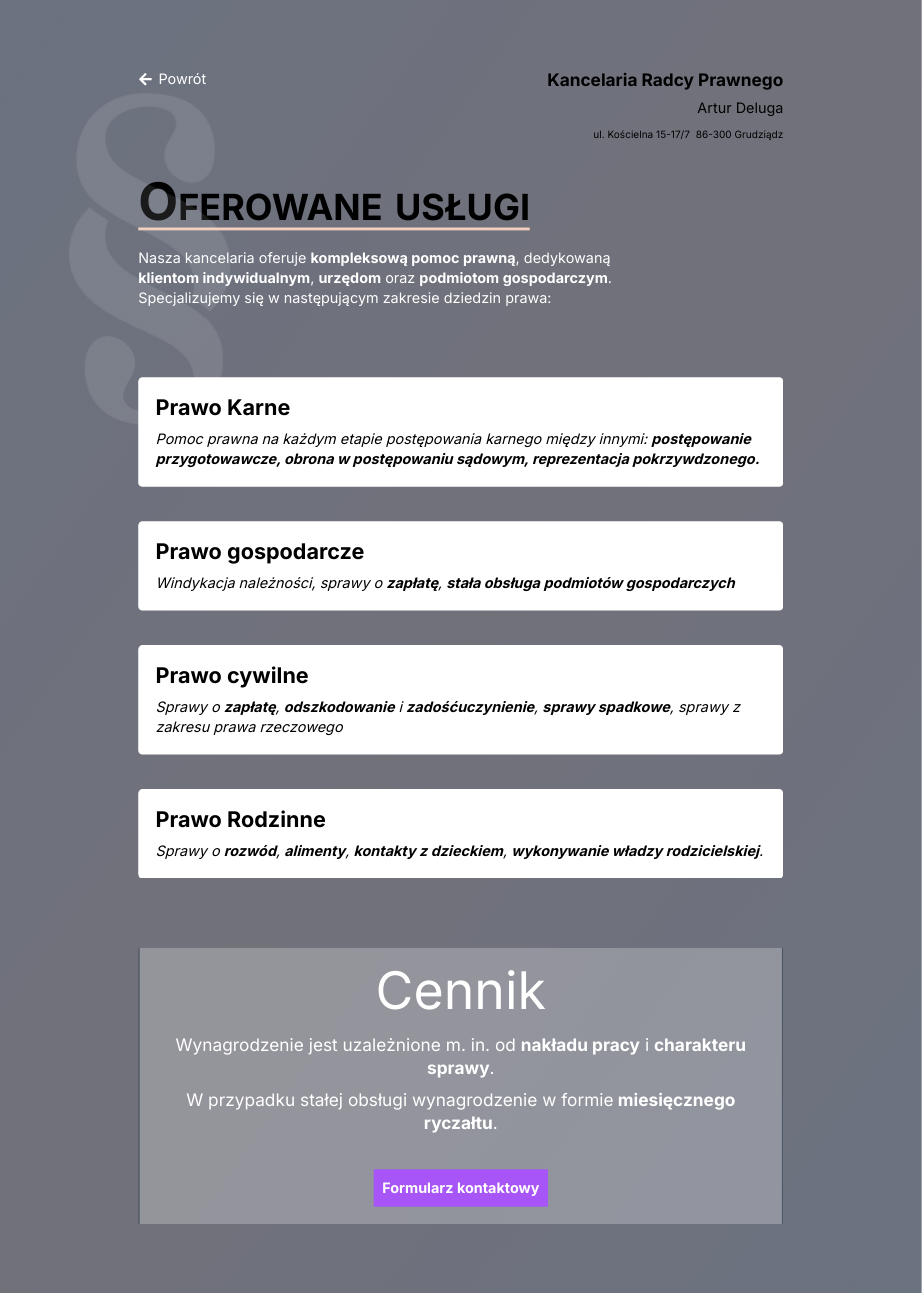
Repository: wesiudev/kancelaria-artur-deluga
Page: /oferta
An editor plug-in stored every save of this project. The page is shown before and after the next save, followed by the edit.
The browser window is 1280 px wide. The pictures show the whole page, at 72% of full size.
The project was rebuilt for these pictures with package versions that can differ from the ones it lists, and the page was loaded fresh each time. The framework's server and built-in components were replaced by stand-ins that run in the browser. Also part of the build but not shown: next.config.js.

Above is the page before, as saved 2023-08-09 16:49:30.

After the next save:
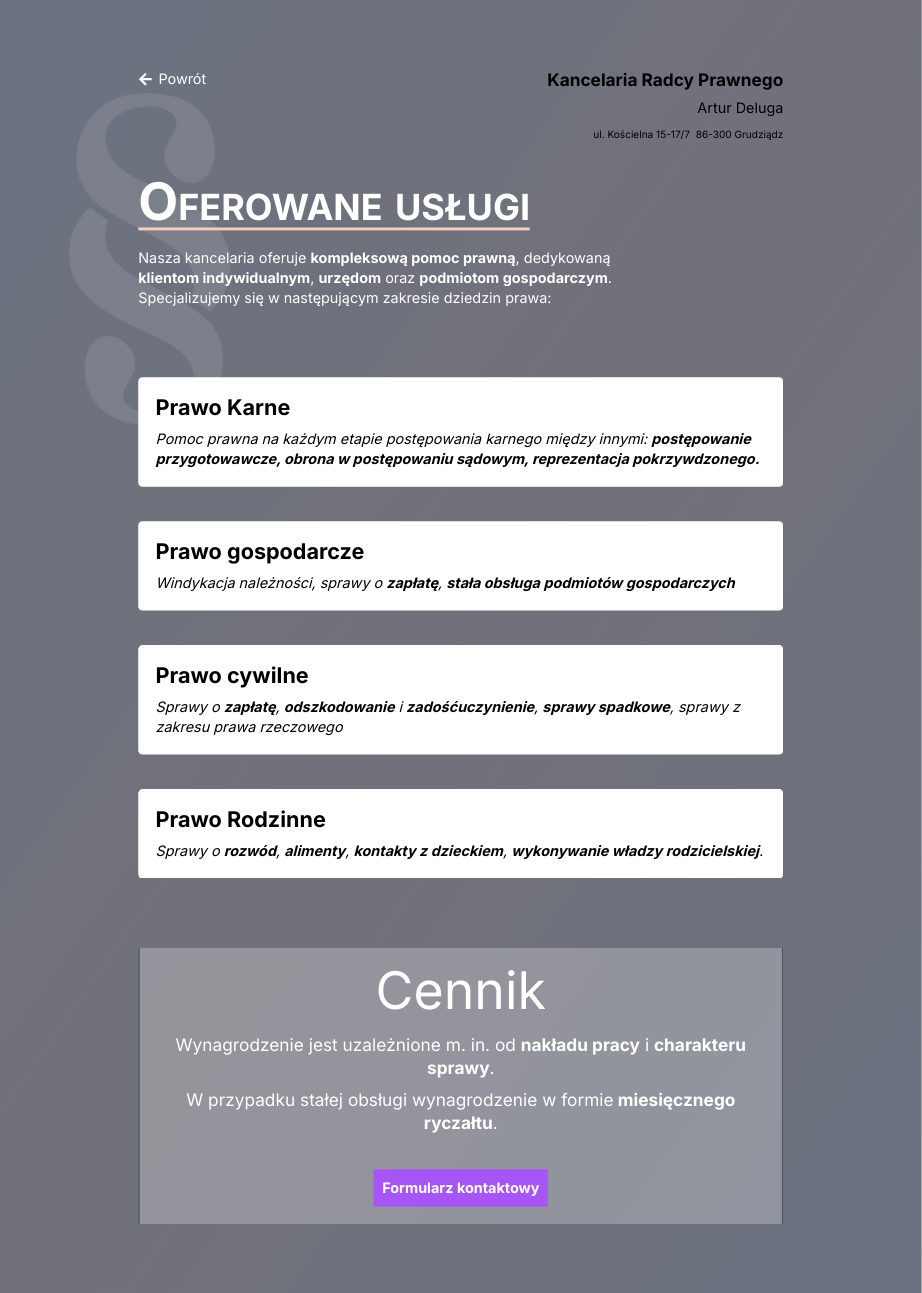
Saved 41 s later.
--- a/app/oferta/page.tsx
+++ b/app/oferta/page.tsx
@@ -72,7 +72,7 @@ export default function OfferMobile() {
 
             <div className=" rounded-2xl  text-white">
               <div className="w-max">
-                <h1 className="w-max text-4xl md:text-5xl lg:text-7xl text-black caps font-bold">
+                <h1 className="w-max text-4xl md:text-5xl lg:text-7xl text-white caps font-bold">
                   Oferowane usługi
                 </h1>
                 <div className="h-1 w-full mb-6 bg-rose-200 hue-rotate-30" />
